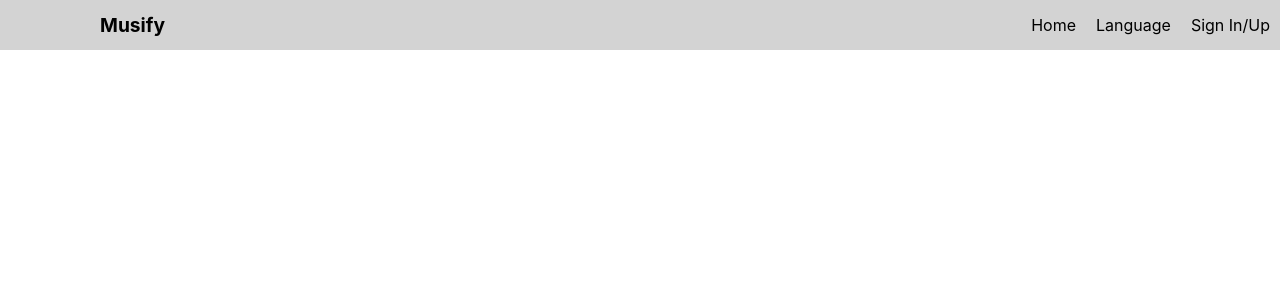
Repository: yuqiant/musify
Page: / (app in musify/)
An editor plug-in stored every save of this project. The page is shown before and after the next save, followed by the edit.
The browser window is 1280 px wide. The pictures show the whole page.
The project was rebuilt for these pictures with package versions that can differ from the ones it lists, and the page was loaded fresh each time. Also part of the build but not shown: musify/src/App.css, musify/src/home/index.js.

Above is the page before, as saved 2023-11-30 01:04:17.

### musify/src/index.js
import React from 'react';
import ReactDOM from 'react-dom/client';
import './index.css';
import App from './App';
import Home from './home';
import reportWebVitals from './reportWebVitals';

const root = ReactDOM.createRoot(document.getElementById('root'));
root.render(

  <React.StrictMode>
    <App />
  </React.StrictMode>
);

// If you want to start measuring performance in your app, pass a function
// to log results (for example: reportWebVitals(console.log))
// or send to an analytics endpoint. Learn more: https://bit.ly/CRA-vitals
reportWebVitals();

### musify/src/App.js
import logo from './logo.svg';
import './App.css';
import Navbar from './navbar';

function App() {
  // return (
  //   <div className="App">
  //     <header className="App-header">
  //       <img src={logo} className="App-logo" alt="logo" />
  //       <p>
  //         Edit <code>src/App.js</code> and save to reload.
  //       </p>
  //       <a
  //         className="App-link"
  //         href="https://reactjs.org"
  //         target="_blank"
  //         rel="noopener noreferrer"
  //       >
  //         Learn React
  //       </a>
  //     </header>
  //   </div>
  // );
  return (
    <div>
      <Navbar />
    </div>
  );

}

export default App;

### musify/src/navbar/index.js
// import React from "react";

// const Navbar = () => {
//     return (
//         <nav className="navbar navbar-expand-lg navbar-light bg-light">
//             <a className="navbar-brand" href="#">
//                 Navbar
//             </a>
//             <button
//                 className="navbar-toggler"
//                 type="button"
//                 data-toggle="collapse"
//                 data-target="#navbarNavDropdown"
//                 aria-controls="navbarNavDropdown"
//                 aria-expanded="false"
//                 aria-label="Toggle navigation"
//             >
//                 <span className="navbar-toggler-icon"></span>
//             </button>

//             <div className="collapse navbar-collapse" id="navbarNavDropdown">
//                 <ul className="navbar-nav">
//                     <li className="nav-item active">
//                         <a className="nav-link" href="#">
//                             Home <span className="sr-only">(current)</span>
//                         </a>
//                     </li>
//                     <li className="nav-item">
//                         <a className="nav-link" href="#">
//                             Features
//                         </a>
//                     </li>
//                     <li className="nav-item">
//                         <a className="nav-link" href="#">
//                             Pricing
//                         </a>
//                     </li>
//                     <li className="nav-item dropdown">
//                         <a
//                             className="nav-link dropdown-toggle"
//                             href="#"
//                             id="navbarDropdownMenuLink"
//                             data-toggle="dropdown"
//                             aria-haspopup="true"
//                             aria-expanded="false"
//                         >
//                             Dropdown link
//                         </a>
//                         <div
//                             className="dropdown-menu"
//                             aria-labelledby="navbarDropdownMenuLink"
//                         >
//                             <a className="dropdown-item" href="#">
//                                 Action
//                             </a>
//                             <a className="dropdown-item" href="#">
//                                 Another action
//                             </a>
//                             <a className="dropdown-item" href="#">
//                                 Something else here
//                             </a>
//                         </div>
//                     </li>
//                 </ul>
//             </div>
//         </nav>
//     );
// };

// export default Navbar;
// Navbar.js
import React from 'react';
// import { NavLink } from 'react-router-dom';
import './index.css';

const Navbar = () => {
    return (
        <nav className="wd-navigation">
            {/* <div className="nav-container"> */}
            {/* Logo 或者站点名称 */}
            {/* <NavLink exact to="/" className="nav-logo">
                    Recipe Roulette
                </NavLink> */}
            <p className="bold-left-align">Musify</p>

            {/* 导航链接 */}
            <ul className="menu">
                <li className="list-group-item">
                    {/* <NavLink exact to="/" activeClassName="active"> */}
                    Home
                    {/* </NavLink> */}
                </li>
                <li className="list-group-item">
                    {/* <NavLink to="/language" activeClassName="active"> */}
                    Language
                    {/* </NavLink> */}
                </li>
                <li className="list-group-item">
                    {/* <NavLink to="/signin" activeClassName="active"> */}
                    Sign In/Up
                    {/* </NavLink> */}
                </li>
            </ul>
            {/* </div> */}
        </nav>
    );
};

export default Navbar;

### musify/src/home/index.css
/* Reset margin and padding to remove default browser styling */
* {
    margin: 0;
    padding: 0;
    box-sizing: border-box;
}

/* General App styling */
.App {
    text-align: center;
}

/* Navigation bar styling */
.App-nav {
    display: flex;
    justify-content: space-between;
    align-items: left;
    background-color: #282c34;
    padding: 1rem;
    color: white;
}

.App-nav h1 {
    font-size: 1.5rem;
}

.App-nav a {
    color: white;
    text-decoration: none;
    margin-left: 1rem;
}

.App-nav a:hover {
    text-decoration: underline;
}

/* Header and content styling */
.App-header {
    color: white;
    padding-top: 60px;
    /* Adjust this value as needed */
}

.App-logo {
    height: 40vmin;
    pointer-events: none;
}

.App-link {
    color: #61dafb;
}

.App-link:hover {
    color: #39a9db;
}

### musify/src/navbar/index.css
.wd-navigation {
    background-color: lightgray;
    list-style: none;
    padding: 0;
    margin: 0;
    width: 100%;
    /* Full width */
    display: flex;
    /* Align items in a row */
    justify-content: space-between;
    align-items: center;
    /* Even spacing */
    height: 50px;
}

.wd-navigation .list-group-item {
    display: inline-block;
    /* Make list items inline */
    border-radius: 0;
    color: black;
    /* Optional: removes border-radius */
}

.wd-navigation a {
    padding: 10px;
    margin-bottom: 0;
    /* Adjust for horizontal layout */
    font-size: 0.8em;
    text-align: center;
    background-color: black;
    border: none;
    display: block;
    /* Ensure proper alignment */
    color: white;
    /* Text color */
    text-decoration: none;
}

.wd-navigation a.active {
    background-color: white;
    color: red;
}

.wd-icon,
.wd-navigation a i {
    color: red;
    font-size: 2em;
    margin-bottom: 0;
    /* Adjust for horizontal layout */
}

.list-group-item {
    color: white;
    /* Set default text color to white */
    padding: 5px 10px;
}

.list-group-item.active {
    background-color: black;
    color: red;
}

/* Responsive adjustments (if needed) */
@media (max-width: 600px) {
    .wd-navigation a {
        padding: 5px;
        font-size: 0.6em;
    }
}

.bold-left-align {
    font-weight: bold;
    text-align: left;

    padding-left: 100px;
    font-size: 1.2em;
}

Loaded but not shown: musify/public/index.html (common file); musify/src/index.css (common file); musify/src/reportWebVitals.js (common file)

After the next save:
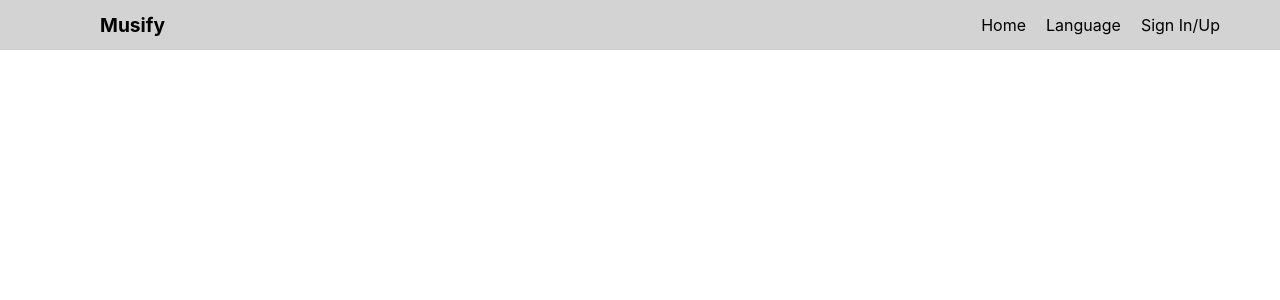
Saved 33 s later.
--- a/musify/src/navbar/index.css
+++ b/musify/src/navbar/index.css
@@ -19,6 +19,10 @@
     border-radius: 0;
     color: black;
     /* Optional: removes border-radius */
+}
+
+.wd-navigation .menu {
+    padding-right: 50px;
 }
 
 .wd-navigation a {
